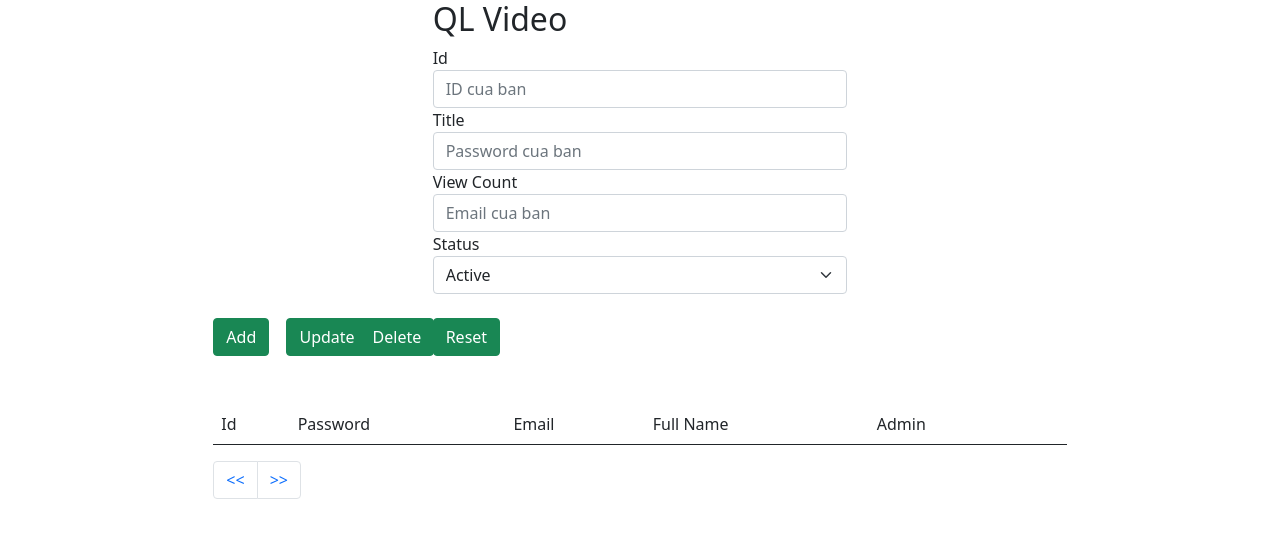
Repository: kiennd3921/AssJava4
Page: http://localhost/Assignment/view/user/Videos.jsp
The author's editor kept a copy of each file at every save. The page is drawn from the files as they stood at one save, then again after the next save.
The browser window is 1280 px wide. The pictures show the whole page.
The page is served by Tomcat 9. Nobody is signed in. The application's start-up code is not run. The template is opened directly, without the code that normally fills it, so the values that code supplies are empty.

Above is the page before, as saved 2021-04-18 16:37:11.

After the next save:
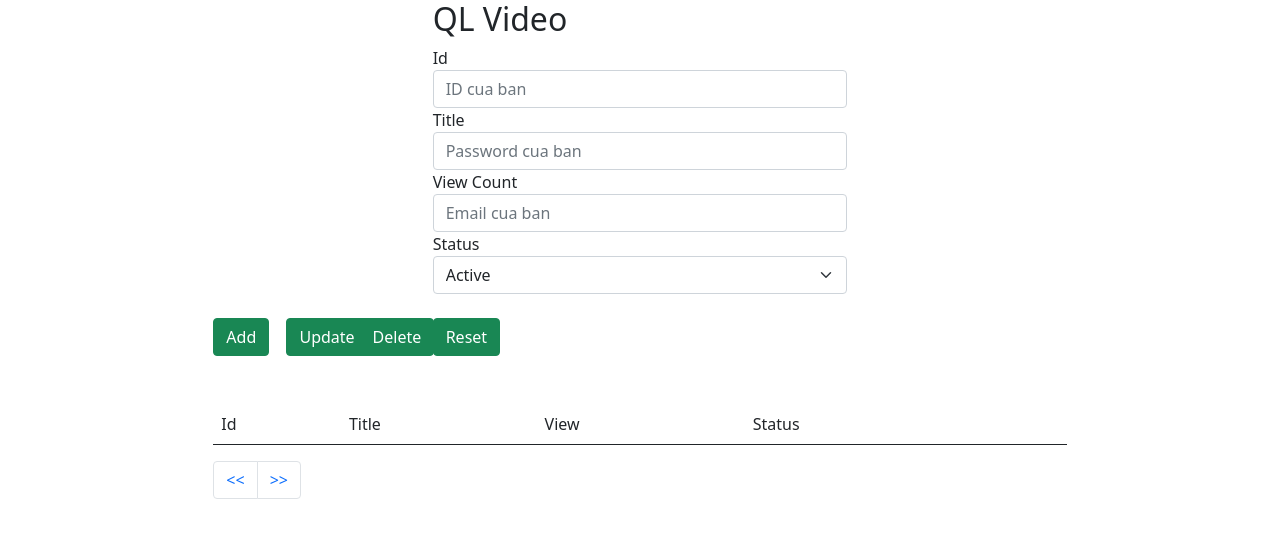
Saved 49 s later.
--- a/PT15307-UD/Assignment/WebContent/view/user/Videos.jsp
+++ b/PT15307-UD/Assignment/WebContent/view/user/Videos.jsp
@@ -61,10 +61,9 @@
 				<thead>
 					<tr>
 						<td>Id</td>
-						<td>Password</td>
-						<td>Email</td>
-						<td>Full Name</td>
-						<td>Admin</td>
+						<td>Title</td>
+						<td>View</td>
+						<td>Status</td>
 						<td></td>
 					</tr>
 				</thead>
